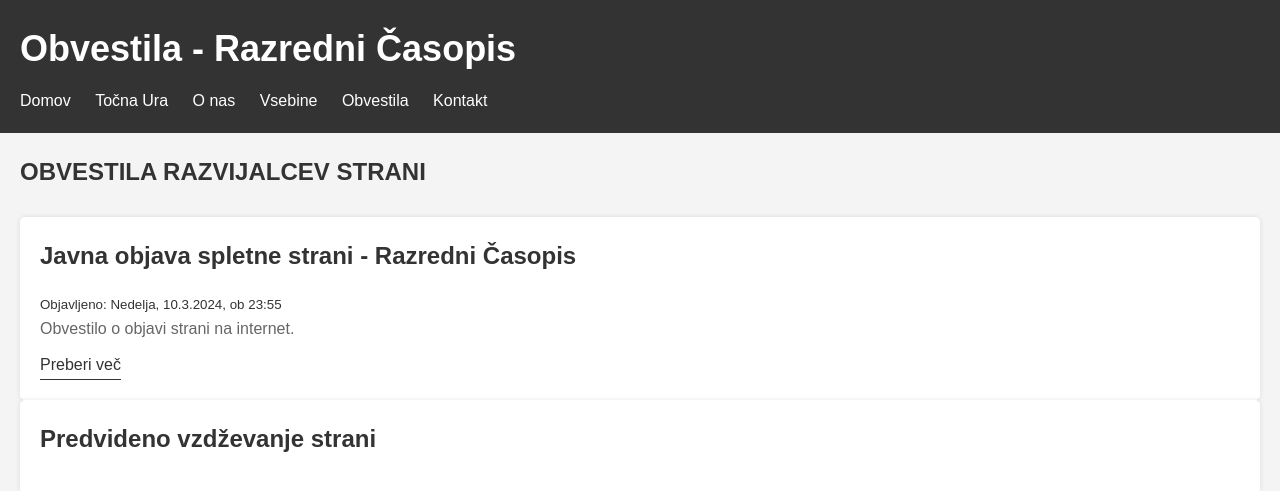
Repository: razrednicasopis/razrednicasopis.github.io
Page: Resources/obvestila.html
An editor plug-in stored every save of this project. The page is shown before and after the next save, followed by the edit.
The browser window is 1280 px wide. The pictures show the whole page.

Above is the page before, as saved 2024-03-12 12:56:55.
Console error: ReferenceError: maintenanceMode is not defined

### Resources/obvestila.html
<!DOCTYPE html>
    <html lang="eu">
        <head>
            <meta charset="UTF-8">
            <meta name="viewport" content="width=device-width, initial-scale=1.0">
            <title>Obvestila</title>
            <link rel="stylesheet" href="styless.css">
            <link rel="stylesheet" href="system.css">
        </head>
            <body>


              <div class="blur-container">
                <div id="vrstica">
                    <header>
                      <h1>Obvestila - Razredni Časopis</h1>
                      <nav>
                        <ul>
                          <li><a href="index.html">Domov</a></li>
                          <li><a href="ura.html">Točna Ura</a></li>
                          <li><a href="o-nas.html">O nas</a></li>
                          <li><a href="vsebine.html">Vsebine </a></li>
                          <li><a href="#">Obvestila</a></li>
                          <li><a href="#" class="showPopupLink">Kontakt</a></li>
                        </ul>
                      </nav>
                    </header>
                    </div>



        <main>
          <section class="obvestilnatabla">
            <h1>OBVESTILA RAZVIJALCEV STRANI</h1><br>
              <article>
                <h2>Javna objava spletne strani - Razredni Časopis</h2>
                <small>Objavljeno: Nedelja, 10.3.2024, ob 23:55</small>
                <p>Obvestilo o objavi strani na internet.</p>
                <a href="obvestilo1.html">Preberi več</a>
              </article>
                <p>
                  <article>
                    <h2>Predvideno vzdževanje strani</h2>
                  </article>
                </p>
          </section>
        </main>
      </div>


<!--Pop-ups and other HTML-->
<div id="popupContainer">
  <div id="overlay"></div>
  <div id="popupContent">
      <h1><b>NEDOSEGLJIVE VSEBINE</b></h1>
      <p>Te vsebine bodo na voljo v naslednjih verzijah strani.</p>
      <p>Obiščite <a href="obvestila.html">obvestila</a> za več novic.</p>
      <br>
      <button id="closePopupBtn">V redu</button>
  </div>
</div>

<div id="maintenancePopup">
  <div id="maintenancePopupContent">
    <h1>POVEZAVA IZGUBLJENA</h1>
    <p>Povezava z strežnikom izgubljena zaradi vzdrževanja strani. Prosimo osvežite stran.</p>
    <button id="closeMaintenancePopupBtn">Osveži</button>
  </div>
</div>

          <script src="alerts.js"></script>
          <script src="maintenancemode.js"></script>

            </body>
    </html>

### Resources/styless.css
* {
  margin: 0;
  padding: 0;
  box-sizing: border-box;
}

/* Globalni slogi */
body {
  font-family: Arial, sans-serif;
  line-height: 1.6;
  background-color: #f4f4f4;
  color: #333;
  margin: 0;
  padding: 0;
  max-height: 100vh;
}


.container {
    text-align: center;
    margin-top: 50px;
}

.border-box {
    display: inline-block;
    padding: 200px;
    width: 550px;
    height: 500px;
    border: 5px solid #333; /* Set your desired border color */
    border-radius: 30px; /* Set the border radius for slightly curved corners */
    background-color: #333; /* Set your desired background color inside the border */
}

header {
  background: #333;
  color: #fff;
  padding: 20px;
}

header h1 {
  margin-bottom: 10px;
  font-size: 36px;
}

nav ul {
  list-style: none;
}

nav ul li {
  display: inline;
  margin-right: 20px;
}

nav ul li a {
  color: #fff;
  text-decoration: none;
}

main {
  padding: 20px;
}

section {
  margin-bottom: 30px;
}

section h2 {
  margin-bottom: 15px;
}

article {
  background: #fff;
  padding: 20px;
  border-radius: 5px;
  box-shadow: 0 0 5px rgba(0, 0, 0, 0.1);
}

article h3 {
  margin-bottom: 10px;
}

article p {
  color: #666;
}

article a {
  display: inline-block;
  margin-top: 10px;
  text-decoration: none;
  color: #333;
  border-bottom: 1px solid #333;
  padding-bottom: 2px;
}

article a:hover {
  color: #000;
  border-color: #000;
}



footer {
  text-align: center;
  padding: 30px;
  background-color: #333;
  color: #fff;
  position: absolute;
  bottom: auto;
  width: 100%;
  text-align: center;
}

### Resources/system.css
/* Koda za "Coming Soon" pop-up */

#popupContainer {
    display: none;
    position: fixed;
    top: 50%;
    left: 50%;
    transform: translate(-50%, -50%);
    background-color: #ffffff;
    box-shadow: 0 4px 8px rgba(0, 0, 0, 0.1);
    padding: 20px;
    border-radius: 10px;
    text-align: center;
    z-index: top;
  }

  #popupContent {
    max-width: 400px;
    margin: 0 auto;
  }

  #closePopupBtn {
    background-color: #3498db;
    color: #ffffff;
    padding: 10px 15px;
    border: none;
    border-radius: 5px;
    cursor: pointer;
  }

  #closePopupBtn:hover {
      background-color: #4da8e1;
  }

  #showPopupLink {
    display: inline-block;
    padding: 10px 15px;
    color: #ffffff;
    text-decoration: none;
    border-radius: 5px;
    cursor: pointer;
  }

body.popup-open {
   overflow: hidden;
}

.popup-open .blur-container {
  filter: blur(5px); /* Apply blur effect only when popup is open */
  pointer-events: none;
}

#maintenancePopup {
  display: none;
  position: fixed;
  top: 50%;
  left: 50%;
  transform: translate(-50%, -50%);
  background-color: #ffffff;
  box-shadow: 0 4px 8px rgba(0, 0, 0, 0.1);
  padding: 20px;
  border-radius: 10px;
  text-align: center;
  z-index: 999;
}

#maintenancePopupContent {
  max-width: 400px;
  margin: 0 auto;
}

#closeMaintenancePopupBtn {
  background-color: #3498db;
  color: #ffffff;
  padding: 10px 15px;
  border: none;
  border-radius: 5px;
  cursor: pointer;
  margin-top: 20px;
}

#closeMaintenancePopupBtn:hover {
  background-color: #4da8e1;
}

/* Koda za "Kontakt" obrazec */

#contactform {
    align-self: center;
    }

    .formcontainer {
      text-align: center;
      margin-top: 50px;
      display: flex;
      justify-content: center;
      align-items: flex-start; /* Align items at the top */
  }

  .border-box {
      display: inline-block;
      padding: 20px;
      width: 550px;
      height: 500px;
      border: 5px solid #333; /* Set your desired border color */
      border-radius: 30px; /* Set the border radius for slightly curved corners */
      background-color: #333; /* Set your desired background color inside the border */
  }

  form input,
form textarea {
    width: calc(100% - 40px); /* Adjusted width with a bit of padding on each side */
    padding: 10px; /* Increased padding for better readability */
    margin-bottom: 5px; /* Increased spacing between input areas */
    margin-top: 25px; /* Move input areas slightly lower */
    height: 40px; /* Increased height to make input areas bigger */
}

form select{
width: calc(100% - 40px); /* Adjusted width with a bit of padding on each side */
padding: 10px; /* Increased padding for better readability */
margin-bottom: 5px;
margin-top: 20px; /* Move input areas slightly lower */
height: 40px; /* Height of input areas */
border: 1px solid #ccc; /* Border style */
border-radius: 5px; /* Border radius */
font-size: 16px; /* Font size */
}

form textarea {
  height: 120px;
}

/* Form Submit Button Styles */

/* Your existing CSS code */
/* Koda za "Coming Soon" pop-up */

#popupContainer {
  display: none;
  position: fixed;
  top: 50%;
  left: 50%;
  transform: translate(-50%, -50%);
  background-color: #ffffff;
  box-shadow: 0 4px 8px rgba(0, 0, 0, 0.1);
  padding: 20px;
  border-radius: 10px;
  text-align: center;
  z-index: top;
}


#popupContent {
  max-width: 400px;
  margin: 0 auto;
}

#closePopupBtn {
  background-color: #3498db;
  color: #ffffff;
  padding: 10px 15px;
  border: none;
  border-radius: 5px;
  cursor: pointer;
}

#closePopupBtn:hover {
    background-color: #4da8e1;
}

#showPopupLink {
  display: inline-block;
  padding: 10px 15px;
  color: #ffffff;
  text-decoration: none;
  border-radius: 5px;
  cursor: pointer;
}

body.popup-open {
 overflow: hidden;
}

body.blur {
filter: blur(5px);
pointer-events: none;
z-index: 1;
}

/* Koda za "Kontakt" obrazec */

#contactform {
  align-self: center;
}

.formcontainer {
  text-align: center;
  margin-top: 50px;
  display: flex;
  justify-content: center;
  align-items: flex-start; /* Align items at the top */
}

.border-box {
  display: inline-block;
  padding: 20px;
  width: 550px;
  height: 500px;
  border: 5px solid #333; /* Set your desired border color */
  border-radius: 30px; /* Set the border radius for slightly curved corners */
  background-color: #333; /* Set your desired background color inside the border */
}

form input,
form textarea {
  width: calc(100% - 40px); /* Adjusted width with a bit of padding on each side */
  padding: 10px; /* Increased padding for better readability */
  margin-bottom: 5px; /* Increased spacing between input areas */
  margin-top: 25px; /* Move input areas slightly lower */
  height: 40px; /* Increased height to make input areas bigger */
}

form select{
width: calc(100% - 40px); /* Adjusted width with a bit of padding on each side */
padding: 10px; /* Increased padding for better readability */
margin-bottom: 5px;
margin-top: 20px; /* Move input areas slightly lower */
height: 40px; /* Height of input areas */
border: 1px solid #ccc; /* Border style */
border-radius: 5px; /* Border radius */
font-size: 16px; /* Font size */
}

form textarea {
height: 120px;
}

/* Combined CSS for Blob Button */

*, *:before, *:after {
  box-sizing: border-box;
  margin: 0;
  padding: 0;
}

.buttons {
  margin-top: 2 0px;
  text-align: center;
  border-radius: 30px;
}

.blob-btn {
  z-index: 1;
  position: relative;
  padding: 20px 150px;
  margin-bottom: 40px;
  margin-top: 10px;
  text-align: center;
  text-transform: uppercase;
  color: #0505A9;
  font-size: 16px;
  font-weight: bold;
  background-color: transparent;
  outline: none;
  border: none;
  transition: color 0.5s;
  cursor: pointer;
  border-radius: 30px;
}
.blob-btn:before {
  content: "";
  z-index: 1;
  position: absolute;
  left: 0;
  top: 0;
  width: 100%;
  height: 100%;
  border: 2px solid #0505A9;
  border-radius: 30px;
}
.blob-btn:after {
  content: "";
  z-index: -2;
  position: absolute;
  left: 3px;
  top: 3px;
  width: 100%;
  height: 100%;
  transition: all 0.3s 0.2s;
  border-radius: 30px;
}
.blob-btn:hover {
  color: #FFFFFF;
  border-radius: 30px;
}
.blob-btn:hover:after {
  transition: all 0.3s;
  left: 0;
  top: 0;
  border-radius: 30px;
}
.blob-btn__inner {
  z-index: -1;
  overflow: hidden;
  position: absolute;
  left: 0;
  top: 0;
  width: 100%;
  height: 100%;
  border-radius: 30px;
  background: #ffffff;
}
.blob-btn__blobs {
  position: relative;
  display: block;
  height: 100%;
  filter: url("#goo");
}
.blob-btn__blob {
  position: absolute;
  top: 2px;
  width: 30%;
  height: 100%;
  background: #0505A9;
  border-radius: 100%;
  transform: translate3d(0, 150%, 0) scale(1.7);
  transition: transform 0.45s;
}
@supports (filter: url("#goo")) {
  .blob-btn__blob {
    transform: translate3d(0, 150%, 0) scale(1.4);
  }
}
.blob-btn__blob:nth-child(1) {
  left: 0%;
  transition-delay: 0s;
}
.blob-btn__blob:nth-child(2) {
  left: 30%;
  transition-delay: 0.08s;
}
.blob-btn__blob:nth-child(3) {
  left: 60%;
  transition-delay: 0.16s;
}
.blob-btn__blob:nth-child(4) {
  left: 90%;
  transition-delay: 0.24s;
}
.blob-btn:hover .blob-btn__blob {
  transform: translateZ(0) scale(1.7);
}

/* Define the keyframes for the pulse effect */
@keyframes pulse {
  0% {
    box-shadow: 0 0 0 0 rgba(255, 255, 255, 0.7); /* Initial box shadow color, adjust to match button color */
  }
  50% {
    box-shadow: 0 0 0 20px rgba(255, 255, 255, 0); /* Intermediate box shadow color */
  }
  100% {
    box-shadow: 0 0 0 0 rgba(255, 255, 255, 0); /* Final box shadow color */
  }
}

/* Apply the animation to the button when it's clicked or focused */
.blob-btn:active, .blob-btn:focus {
  animation: pulse 0.3s ease-in-out; /* Adjust the duration to control the pulse speed */
}

@supports (filter: url("#goo")) {
  .blob-btn:hover .blob-btn__blob {
    transform: translateZ(0) scale(1.5);
  }
}

/* CSS za uro */

.clock {
  margin-top: 6cm;
  text-align: center;
  font-size: 3em;
}

/*CSS za vse stranske nav skupine razen za glavno */

.seznamvsebin {
  display: inline-block;
  vertical-align: bottom;
  width: calc(20% - 4px); /* Adjust width to accommodate border */
  box-sizing: border-box;
  margin: 40px;
  border: 3px solid #000; /* Border thickness */
  height: 750px; /* Set desired height */
  /* Additional styling for seznamvsebin if needed */
  background-color: #f2f2f2;

}

.seznamvsebin nav {
    justify-content: center;
    padding: 30px;

}

.seznamvsebin nav a {
      display: inline-block;
      padding: 5px 10px;
      color: #000000;
      text-align: center;
      text-decoration: none;
      margin-bottom: 5px;
      border: 2px, transparent;
      border-radius: 5px;
      transition: linear, border 0.1s linear;
      font-weight: bold;
}


.seznamvsebin nav a:hover {
    background-color: #e0e0e0;
    border: 2px solid #000000
}

.NoviceContent {
  float: right; /* Align to the right */
  width: calc(80% - 250px); /* Adjusted width */
  box-sizing: border-box;
  margin-top: 100px;
}

.NoviceContent p {
  margin-bottom: 20px;
}

#dynamicText {
  float: right; /* Align to the right */
  width: calc(89% - 250px); /* Adjusted width */
  box-sizing: border-box;
  margin-top: 90px;
}

#dynamicText article {
  width: 99%;
}

/* Pravila Obrazca CSS */

.pravilaobrazca {
  height: 630px;
}

.pravilaobrazca_opozorilo {
  margin-top: 275px; /* Keeps this div at the bottom */
  color: #666; /* Change text color if desired */
}

/* Random CSS */

/* CSS for the admin credits list */

.creditscontainer {
  display: flex;
  flex-wrap: wrap;
}

.creditslist {
  flex: 1;
  margin: 10px;
  padding: 0;
  list-style-type: none;
}

.creditslist li {
  margin-bottom: 5px;
}

.adminlist article {
  min-height: 225px;
}

/* Članki CSS */

.člankimargin {
  margin-top: 20px;
}

.člankimargin article {
  width: 99%;
  margin-left: 10px;
  height: 20.5cm;
}

.člankitext {
  margin-bottom: 75px;
  font-size: 25px;
}

.člankitext2 {
  font-size: 14.5px;
}

.člankitext3 {
  font-size: 18px;
}

#vitin_spis {
  font-size: 20px;
}

#grinchtext {
  font-size: 20px;
}

#grinchimg img {
  width: 20%;
  height: 20%
}

/* CSS za mediji.html */

.shrambaslik {
  float: right; /* Align to the right */
  width: calc(89% - 250px); /* Adjusted width */
  box-sizing: border-box;
  margin-top: 90px;
}

.shrambaslik img[id="1"] {
  width: 25%;
  height: 25%;
}

.shrambaslik img[id="2"] {
  width: 10%;
  height: 5%;
  margin-left: 2%;
}

### Resources/alerts.js
 document.addEventListener('DOMContentLoaded', function () {
        document.querySelectorAll('.showPopupLink').forEach(function (link) {
            link.addEventListener('click', function (event) {
                event.preventDefault();
                document.getElementById('popupContainer').style.display = 'block';
                document.body.classList.add('popup-open');
            });
        });

        document.getElementById('closePopupBtn').addEventListener('click', function () {
            document.getElementById('popupContainer').style.display = 'none';
            document.body.classList.remove('popup-open');
        });
    });

    //Maintenance mode pop-up

    document.addEventListener('DOMContentLoaded', function ()  {
        function toggleMaintenancePopup(show) {
            var maintenancePopup = document.getElementById('maintenancePopup');
            if (maintenancePopup) {
                maintenancePopup.style.display = show ? 'block' : 'none';
                document.body.classList.toggle('popup-open', show);
                console.log(Error);
            }
        }


    function checkMaintenanceStatus() {
        setInterval(function () {


            toggleMaintenancePopup(maintenanceMode);

        }, 1000);
    }

    document.getElementById('closeMaintenancePopupBtn').addEventListener('click', function ()  {
        location.reload();
    });

    checkMaintenanceStatus();
});

Loaded but not shown: Resources/maintenancemode.js (no stored copy; drawn as an empty file)

After the next save:
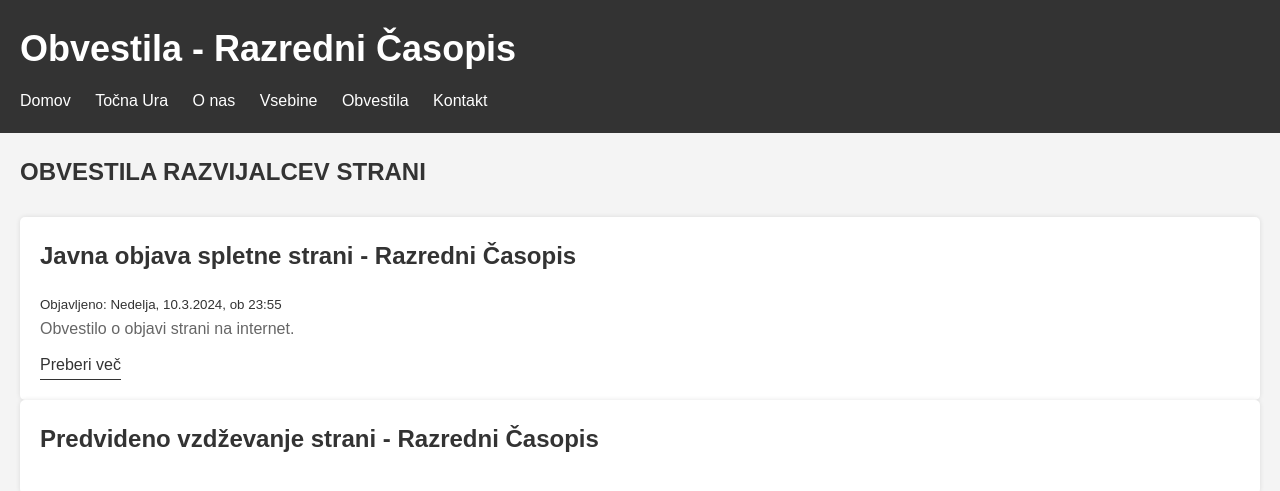
Saved 11 s later.
--- a/Resources/obvestila.html
+++ b/Resources/obvestila.html
@@ -40,7 +40,7 @@
               </article>
                 <p>
                   <article>
-                    <h2>Predvideno vzdževanje strani</h2>
+                    <h2>Predvideno vzdževanje strani - Razredni Časopis</h2>
                   </article>
                 </p>
           </section>
